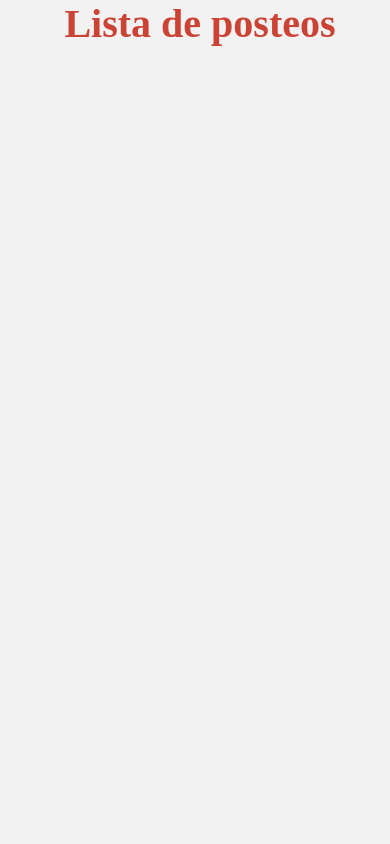
Repository: larafernandezo/finalprog3
Screen: /Home
An editor plug-in stored every save of this project. The screen is shown before and after the next save, followed by the edit.
The page's requests for data from a server got no answer. The app was drawn by React Native's web renderer in a window 390 px wide. The project was rebuilt for these pictures with package versions that can differ from the ones it lists, and the page was loaded fresh each time. No one was signed in, and anything a server would have sent is missing. Also part of the build but not shown: src/components/Camera.js, src/screens/Registro.js, src/components/Post.js, src/screens/MiPerfil.js, src/screens/NuevoPost.js, src/components/Menu.js, src/screens/Perfil.js.

Above is the screen before, as saved 2022-11-22 01:23:32.

### App.js
import { StyleSheet, View } from 'react-native';
import { NavigationContainer } from '@react-navigation/native';
import { createNativeStackNavigator } from '@react-navigation/native-stack';
import Registro from './src/screens/Registro';
import Login from './src/screens/Login';
import Home from './src/screens/Home';
import Menu from './src/components/Menu';
import Perfil from './src/screens/Perfil';


const Stack = createNativeStackNavigator();


function App() {
  return (
    <NavigationContainer>
      <Stack.Navigator>
        <Stack.Screen name='Login' component={Login} options= {{ headerShown : false}}/>
        <Stack.Screen name='Registro' component={Registro} options= {{ headerShown : false}}/>
        <Stack.Screen name='Home' component={Home} options= {{ headerShown : false}}/>
        <Stack.Screen name='Menu' component={Menu} options= {{ headerShown : false}}/>
      </Stack.Navigator>
    </NavigationContainer>
  );
};

export default App;

### src/screens/Login.js
import React, {Component} from 'react';
import {auth} from '../firebase/config';
import {View, Text, StyleSheet, TextInput, TouchableOpacity, Image} from 'react-native';

class Login extends Component {
    constructor(){
        super()
        this.state = {
            email: "",
            contraseña: "",
            error: ""
        }
    }

    componentDidMount(){
        auth.onAuthStateChanged(usuario => {
            if (usuario){
                this.props.navigation.navigate ("Menu")
            }
        })
    }

    iniciarUsuario(email, contraseña){
        auth.signInWithEmailAndPassword(email, contraseña)
            .then( res => {
                this.props.navigation.navigate("Menu")
            })
            .catch(error =>
                this.setState({
                error: error.message
            })
            )
    }

    render(){
        return(
            <View style={styles.fondo}>

            <Text style={styles.error}>{this.state.error}</Text>


                <Text style={styles.titulo}>Iniciar Sesión</Text>

                <View style={styles.caja}>
                <Text style={styles.error}>{this.state.error}</Text>
                    <TextInput
                        placeholder= 'Cuenta de Email'
                        keyboardType= 'email-address'
                        onChangeText={ texto => this.setState({email : texto})}
                        value = {this.state.email}
                        style={styles.fillin}
                    />
                    <TextInput
                        placeholder= 'Contraseña'
                        keyboardType= 'default'
                        secureTextEntry = {true}
                        onChangeText={ texto => this.setState({contraseña : texto})}
                        value = {this.state.contraseña}
                        style={styles.fillin}
                    />


{
                this.state.email =="" || this.state.contraseña =="" ?
                    <TouchableOpacity>
                        <Text style={styles.alerta}>Ingresar</Text>
                    </TouchableOpacity>
                :
                    <TouchableOpacity onPress={ () => this.iniciarUsuario (this.state.email, this.state.contraseña)} >
                        <Text style={styles.cont}>Ingresar</Text>
                    </TouchableOpacity>

}

                    <Text onPress={ () => this.props.navigation.navigate ('Registro')} style={styles.switch}>¿No tenés cuenta? Registrate haciendo click aquí</Text>
                </View>
            </View>
        )
    }
}

const styles = StyleSheet.create({
    fondo: {
        alignItems: 'center',
        backgroundColor: 'rgb(234, 242, 248)',
    },
    titulo: {
        color: 'rgb(52, 152, 219)',
        fontFamily: 'avenir',
        fontSize: 26,
        margin: 60,
    },
    caja:{
        backgroundColor: 'rgb(215, 219, 221)',
        borderRadius: 6,
        padding: 20,

    },
    fillin: {
        backgroundColor: 'rgb(253, 254, 254)',
        color: 'rgb(179, 182, 183)',
        fontFamily: 'avenir',
        fontSize: 13,
        margin: 10,
        borderRadius: 6,
        textAlign: 'center',
        padding: 5,
        textAlign: 'left',
    },
    cont: {
        fontFamily: 'avenir',
        fontSize: 14,
        margin: 10,
        backgroundColor: 'rgb(234,252,255)',
        borderRadius: 10,
        textAlign: 'center',
        padding: 5,
    },
    alerta: {
        fontFamily: 'avenir',
        fontSize: 14,
        margin: 10,
        backgroundColor: 'rgb(52, 152, 219)',
        borderRadius: 10,
        textAlign: 'center',
        padding: 5,
        color: 'rgb(234,252,255)',
    },
    switch: {
        fontFamily: 'avenir',
        fontSize: 10,
        margin: 4,
        textAlign: 'center',
        color:'rgb(77, 86, 86)',
    },
    error: {
        fontFamily: 'avenir',
        fontSize: 19,
        margin: 20,
        color: 'rgb(203, 67, 53)'
    },
})



export default Login;

### src/screens/Home.js
import React, { Component } from 'react';
import { View, Text, FlatList,  StyleSheet, TextInput} from 'react-native';
import Post from '../components/Post';
import { db } from '../firebase/config'


class Posts extends Component {

    constructor(props) {
        super(props)
        this.state = {
            posteos: [],
        }
    }

    componentDidMount() {
        db.collection('posts').onSnapshot(
            docs => {
                let posts = [];
                docs.forEach(doc => {
                    posts.push({
                        id: doc.id,
                        data: doc.data()
                    })
                })
                this.setState({
                    posteos: posts,
                })
            })
    }

    render() {
        return (
          //prueba1 descomento para ver si funca
            <View style={styles.view}>
            <Text style={styles.title}> Lista de posteos</Text>
            <FlatList
                    data={this.state.posteos}
                    keyExtractor={ item => item.id.toString()}
                    renderItem={ ({item}) => <Post postData={item} navigation={this.props.navigation} id={item.id}/>}
            />
            </View>
        )
    }
}
const styles = StyleSheet.create({

   title:{
        fontSize: 40,
        fontWeight:'bold',
        textAlign:'center',
        fontFamily: 'avenir',
        color: 'rgb(203, 67, 53)'

    },
    view:{
        flex:1
    }
})

export default Posts;

### src/firebase/config.js
import app from 'firebase/app';
import firebase from 'firebase';

const firebaseConfig = {
    apiKey: "AIzaSyDPgkPZuV5RhBSI7u_oFMlRH3es895rxlU",
    authDomain: "finalprog3-bb705.firebaseapp.com",
    projectId: "finalprog3-bb705",
    storageBucket: "finalprog3-bb705.appspot.com",
    messagingSenderId: "894733539643",
    appId: "1:894733539643:web:6ef31fb78c2644aa783f1e"
  };

app.initializeApp(firebaseConfig);

export const auth = firebase.auth();
export const storage = app.storage();
export const db = app.firestore();

After the next save:
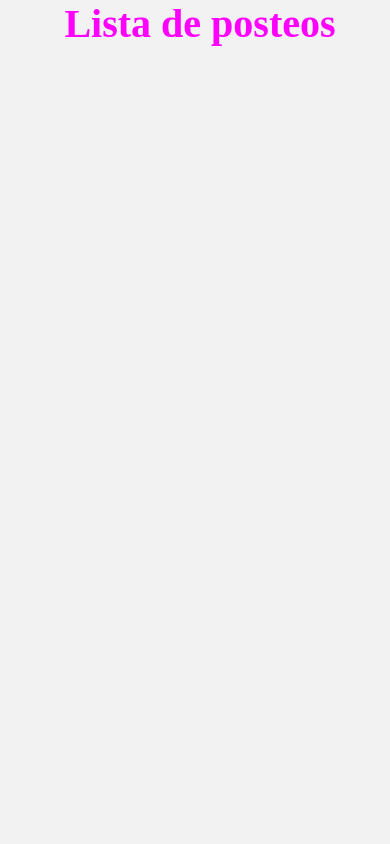
Saved 73 s later.
--- a/src/screens/Home.js
+++ b/src/screens/Home.js
@@ -50,7 +50,7 @@ const styles = StyleSheet.create({
         fontWeight:'bold',
         textAlign:'center',
         fontFamily: 'avenir',
-        color: 'rgb(203, 67, 53)'
+        color: 'rgb(255, 0, 255)'
 
     },
     view:{
